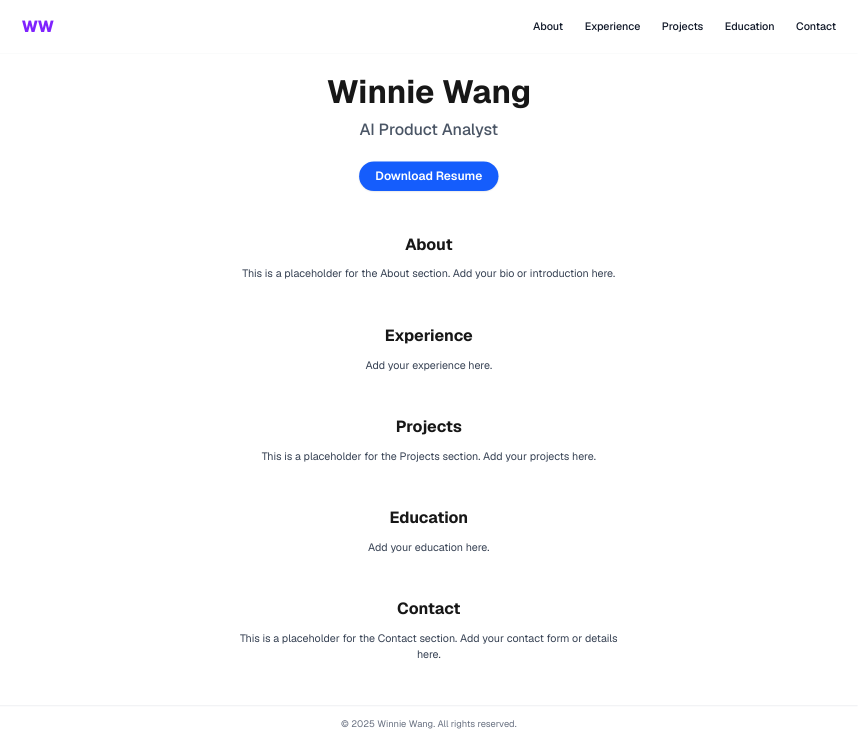
Repository: winniewyl/personal-portfolio
Page: /
The author's editor kept a copy of each file at every save. The page is drawn from the files as they stood at one save, then again after the next save.
The browser window is 1280 px wide. The pictures show the whole page, at 67% of full size.
The project was rebuilt for these pictures with package versions that can differ from the ones it lists, and the page was loaded fresh each time. The framework's server and built-in components were replaced by stand-ins that run in the browser. Also part of the build but not shown: next.config.ts.

Above is the page before, as saved 2025-07-22 11:29:25.

After the next save:
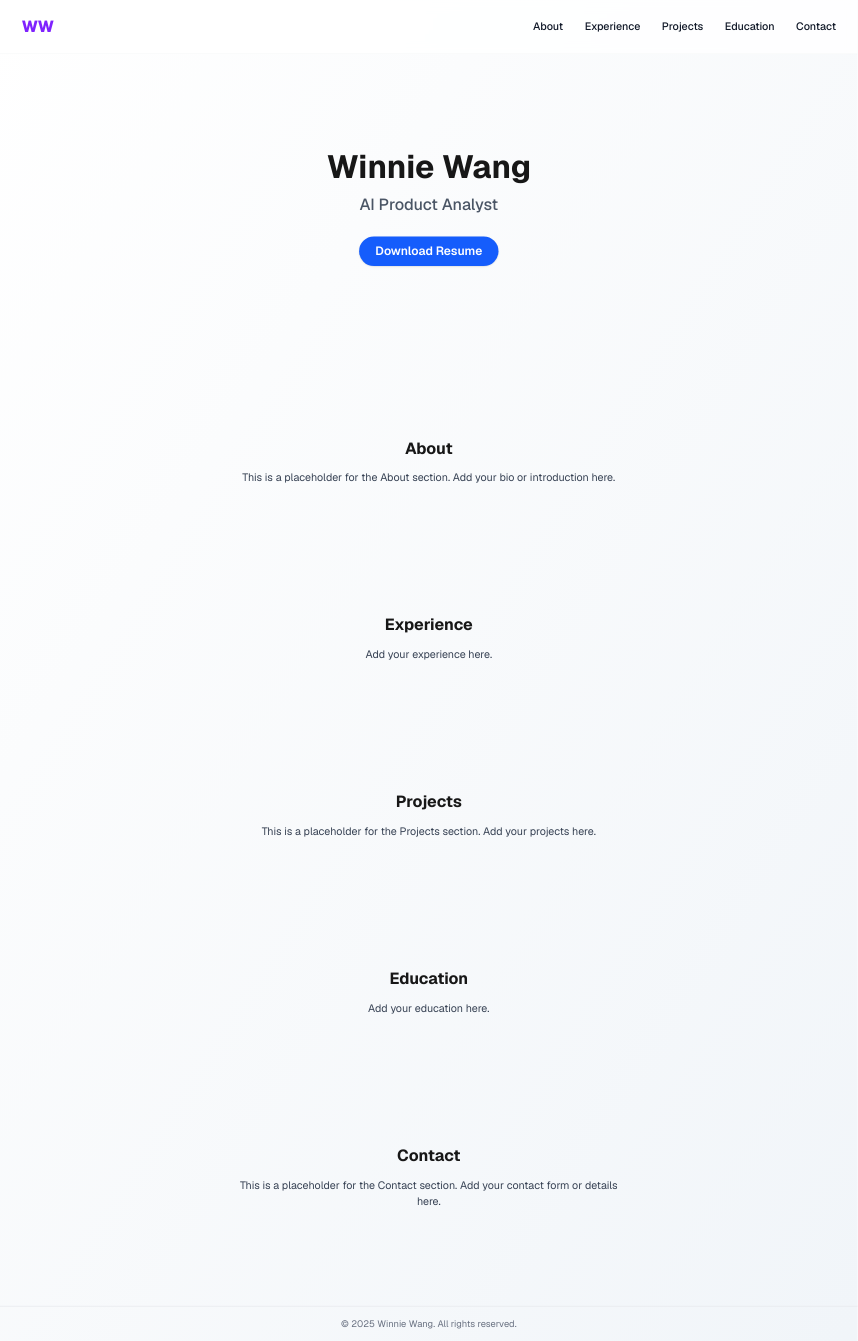
Saved 93 s later.
--- a/src/app/page.tsx
+++ b/src/app/page.tsx
@@ -6,7 +6,7 @@ import Footer from '../components/Footer';
 
 export default function Home() {
   return (
-    <div className="font-sans min-h-screen flex flex-col">
+    <div className="font-sans min-h-screen flex flex-col bg-gradient-to-br from-white via-slate-50 to-slate-100 dark:from-[#18181c] dark:via-[#1a1a22] dark:to-[#101014]">
       {/* Navbar */}
       <nav className="w-full flex items-center justify-between py-6 px-8 border-b border-gray-100 dark:border-gray-800 bg-white/80 dark:bg-[#101010]/80 backdrop-blur z-10 sticky top-0">
         <div className="text-2xl font-extrabold text-violet-600 tracking-tight">
@@ -56,38 +56,49 @@ export default function Home() {
         </ul>
       </nav>
       {/* Main Content */}
-      <main className="flex flex-col items-center flex-1 w-full px-4 sm:px-0">
-        <Hero
-          name="Winnie Wang"
-          role="AI Product Analyst"
-          resumeLink="/Winnie_Wang_Resume.pdf"
-        />
-        <section id="about" className="w-full">
+      <main className="flex-1 w-full flex flex-col items-center px-4 sm:px-0">
+        <section className="w-full flex flex-col items-center justify-center py-20 sm:py-28 bg-transparent">
+          <Hero
+            name="Winnie Wang"
+            role="AI Product Analyst"
+            resumeLink="/Winnie_Wang_Resume.pdf"
+          />
+        </section>
+        <section
+          id="about"
+          className="w-full flex flex-col items-center py-16 sm:py-20 max-w-3xl mx-auto"
+        >
           <About />
         </section>
         {/* Placeholder for Experience */}
         <section
           id="experience"
-          className="w-full flex flex-col items-center py-8"
+          className="w-full flex flex-col items-center py-16 sm:py-20 max-w-3xl mx-auto"
         >
           <h2 className="text-2xl font-bold mb-4">Experience</h2>
           <p className="max-w-xl text-center text-gray-700 dark:text-gray-300">
             Add your experience here.
           </p>
         </section>
-        <section id="projects" className="w-full">
+        <section
+          id="projects"
+          className="w-full flex flex-col items-center py-16 sm:py-20 max-w-3xl mx-auto"
+        >
           <Projects />
         </section>
         <section
           id="education"
-          className="w-full flex flex-col items-center py-8"
+          className="w-full flex flex-col items-center py-16 sm:py-20 max-w-3xl mx-auto"
         >
           <h2 className="text-2xl font-bold mb-4">Education</h2>
           <p className="max-w-xl text-center text-gray-700 dark:text-gray-300">
             Add your education here.
           </p>
         </section>
-        <section id="contact" className="w-full">
+        <section
+          id="contact"
+          className="w-full flex flex-col items-center py-16 sm:py-20 max-w-3xl mx-auto"
+        >
           <Contact />
         </section>
       </main>
